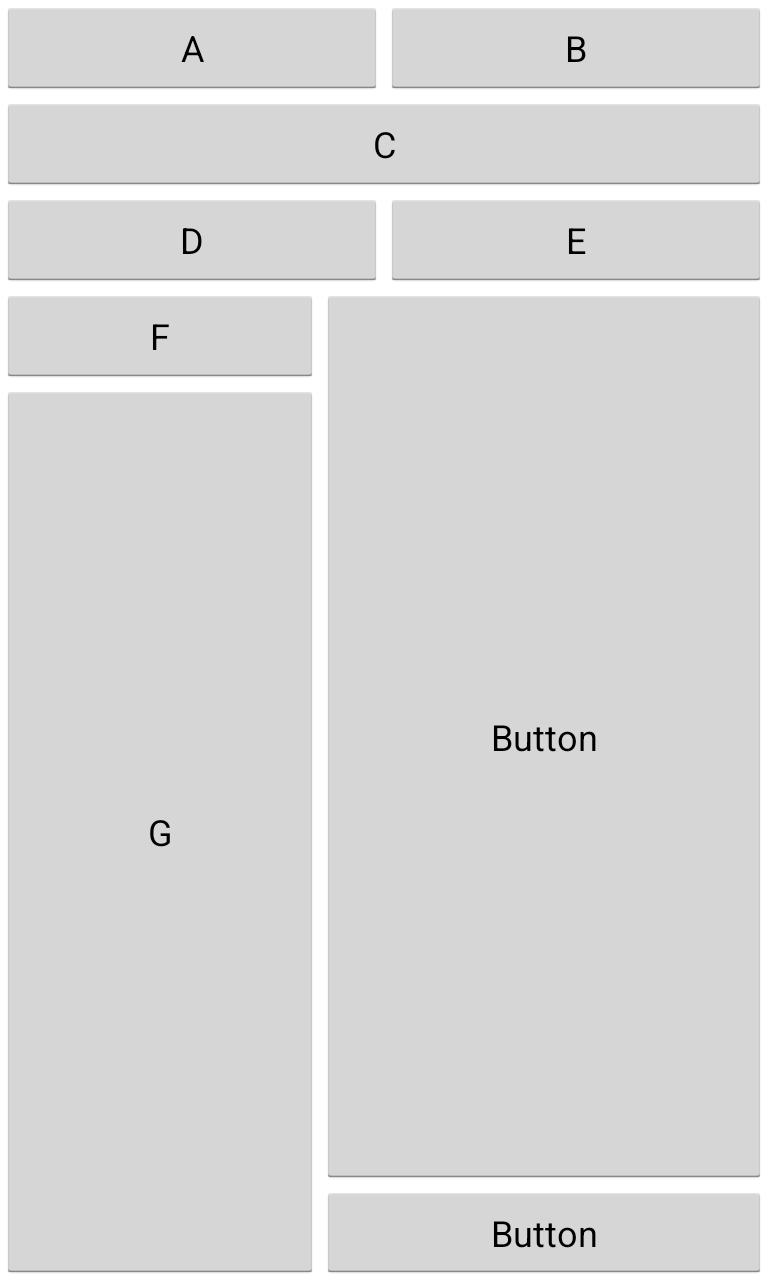
Repository: JaviInf/AndroidEjercicios
Layout: EjercicioLinearLayout/res/layout/activity_linear.xml
These files come from the project's save history. The layout is drawn as it stood at one moment and after the next save; the edit follows.
It is drawn on a 768 x 1280 px phone screen (xhdpi) without system bars, with theme AppTheme; the app's code is not run.

Above is the layout before, as saved 2014-05-07 07:08:04.

### EjercicioLinearLayout/res/layout/activity_linear.xml
<FrameLayout xmlns:android="http://schemas.android.com/apk/res/android"
    xmlns:tools="http://schemas.android.com/tools"
    android:id="@+id/container"
    android:layout_width="match_parent"
    android:layout_height="match_parent"
    tools:context="com.example.ejerciciolinearlayout.LinearActivity"
    tools:ignore="MergeRootFrame" >

    <LinearLayout
        android:layout_width="match_parent"
        android:layout_height="match_parent"
        android:orientation="vertical" >

        <LinearLayout
            android:layout_width="match_parent"
            android:layout_height="wrap_content" >

            <Button
                android:id="@+id/button1"
                android:layout_width="wrap_content"
                android:layout_height="wrap_content"
                android:layout_weight="1"
                android:text="@string/botonA" />

            <Button
                android:id="@+id/button2"
                android:layout_width="wrap_content"
                android:layout_height="wrap_content"
                android:layout_weight="1"
                android:text="@string/botonB" />
        </LinearLayout>

        <Button
            android:id="@+id/button3"
            android:layout_width="match_parent"
            android:layout_height="wrap_content"
            android:text="@string/botonC"  />

        <LinearLayout
            android:layout_width="match_parent"
            android:layout_height="wrap_content" >

            <Button
                android:id="@+id/button4"
                android:layout_width="wrap_content"
                android:layout_height="wrap_content"
                android:layout_weight="1"
                android:text="@string/botonD" />

            <Button
                android:id="@+id/button5"
                android:layout_width="wrap_content"
                android:layout_height="wrap_content"
                android:layout_weight="1"
                android:text="@string/botonE"  />

        </LinearLayout>

        <LinearLayout
            android:layout_width="match_parent"
            android:layout_height="match_parent" >

            <LinearLayout
                android:layout_width="160dp"
                android:layout_height="match_parent"
                android:orientation="vertical" >

                <Button
                    android:id="@+id/button6"
                    android:layout_width="fill_parent"
                    android:layout_height="wrap_content"
                    android:text="@string/botonF" />

                <Button
                    android:id="@+id/button8"
                    android:layout_width="match_parent"
                    android:layout_height="match_parent"
                    android:text="@string/botonG" />

            </LinearLayout>

            <LinearLayout
                android:layout_width="match_parent"
                android:layout_height="match_parent"
                android:orientation="vertical" >

                <Button
                    android:id="@+id/button7"
                    android:layout_width="match_parent"
                    android:layout_height="match_parent"
                    android:layout_weight="100"
                    android:text="Button" />

                <Button
                    android:id="@+id/button9"
                    android:layout_width="match_parent"
                    android:layout_height="wrap_content"
                    android:layout_weight="1"
                    android:text="Button" />

            </LinearLayout>

        </LinearLayout>

    </LinearLayout>

</FrameLayout>

### EjercicioLinearLayout/res/values/strings.xml
<?xml version="1.0" encoding="utf-8"?>
<resources>

    <string name="app_name">EjercicioLinearLayout</string>
    <string name="hello_world">Hello world!</string>
    <string name="action_settings">Settings</string>
    <string name="botonA">A</string>
    <string name="botonB">B</string>
    <string name="botonC">C</string>
    <string name="botonD">D</string>
    <string name="botonE">E</string>
    <string name="botonF">F</string>
    <string name="botonG">G</string>
    <string name="botonH">H</string>
    <string name="botonI">I</string>


</resources>

Loaded but not shown: EjercicioLinearLayout/res/values/styles.xml (common file); EjercicioLinearLayout/res/values-v11/styles.xml (common file); EjercicioLinearLayout/res/values-v14/styles.xml (common file)

After the next save:
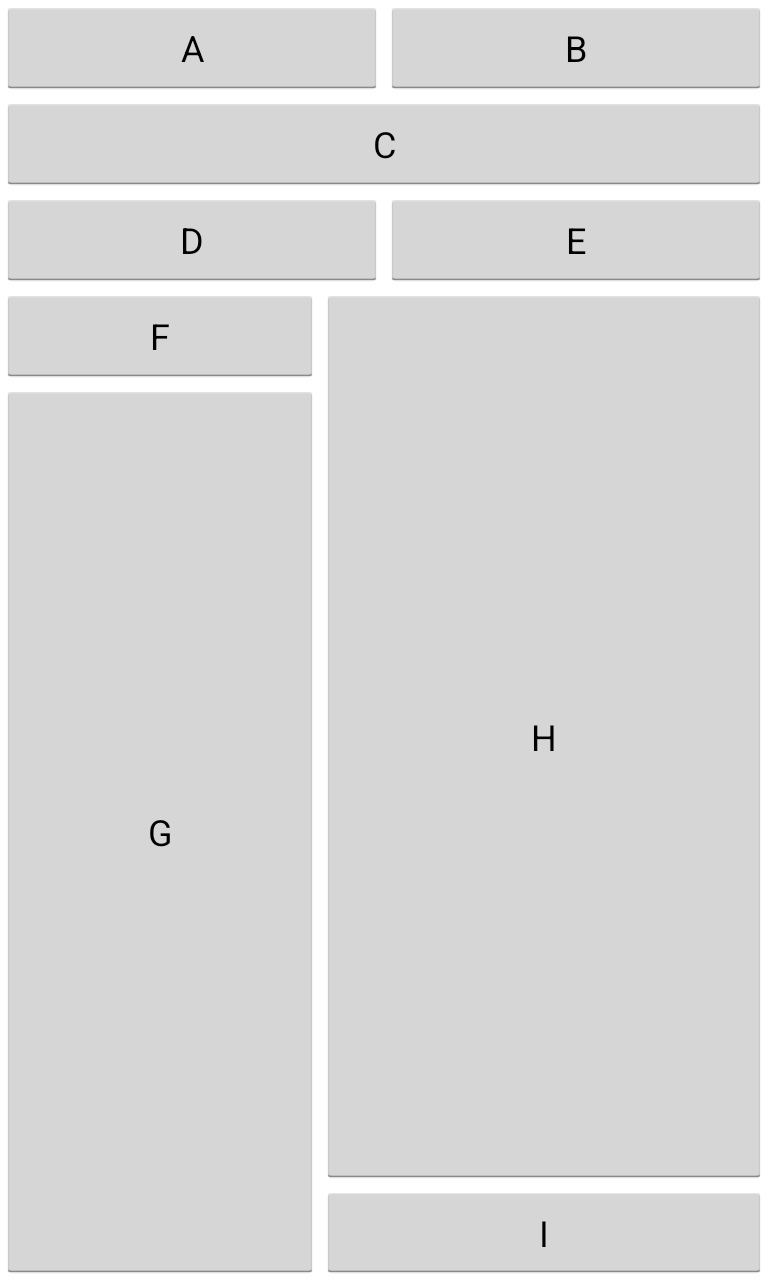
Saved 30 s later.
--- a/EjercicioLinearLayout/res/layout/activity_linear.xml
+++ b/EjercicioLinearLayout/res/layout/activity_linear.xml
@@ -89,14 +89,14 @@
                     android:layout_width="match_parent"
                     android:layout_height="match_parent"
                     android:layout_weight="100"
-                    android:text="Button" />
+                    android:text="@string/botonH"  />
 
                 <Button
                     android:id="@+id/button9"
                     android:layout_width="match_parent"
                     android:layout_height="wrap_content"
                     android:layout_weight="1"
-                    android:text="Button" />
+                    android:text="@string/botonI" />
 
             </LinearLayout>
 
